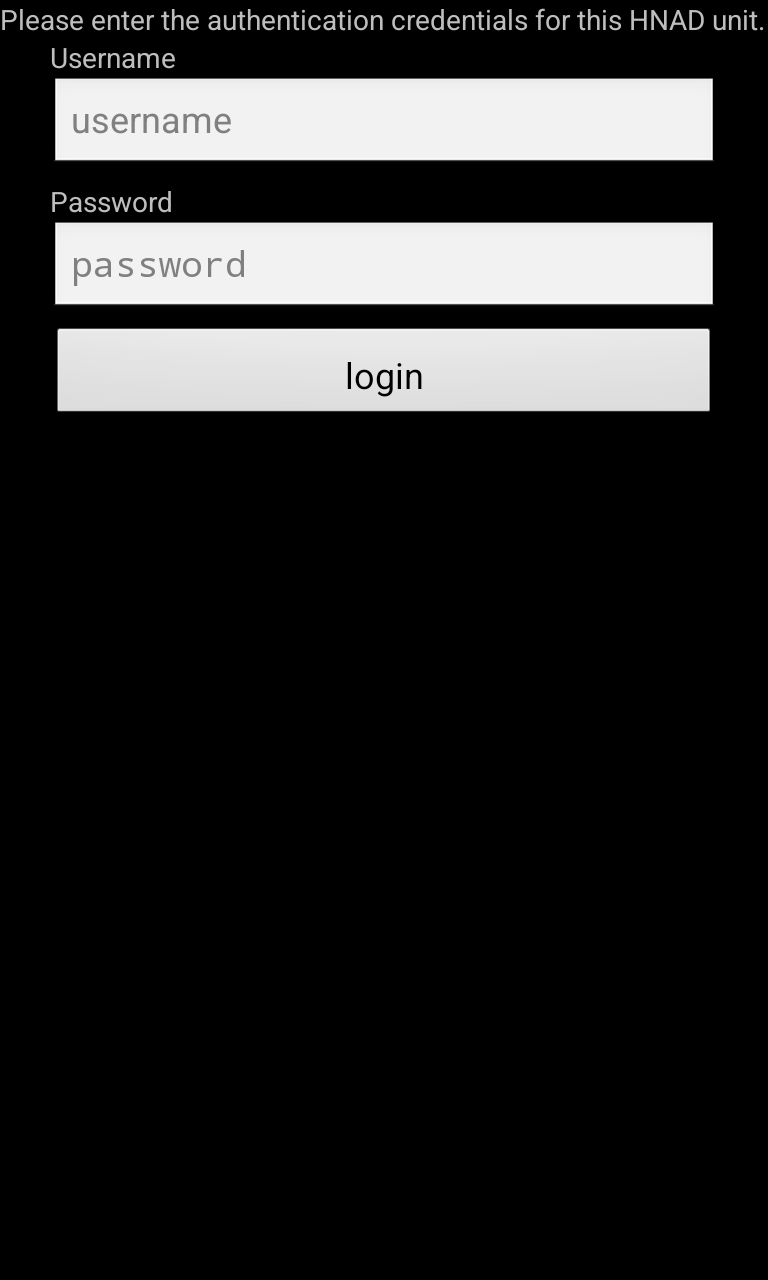
Repository: sergioenriquez/CSTE
Layout: HNAD/res/layout/login.xml
An editor plug-in stored every save of this project. The layout is shown before and after the next save, followed by the edit.
It is drawn on a 768 x 1280 px phone screen (xhdpi) without system bars, with theme android:Theme.NoTitleBar; the app's code is not run.

Above is the layout before, as saved 2011-12-18 03:15:56.

After the next save:
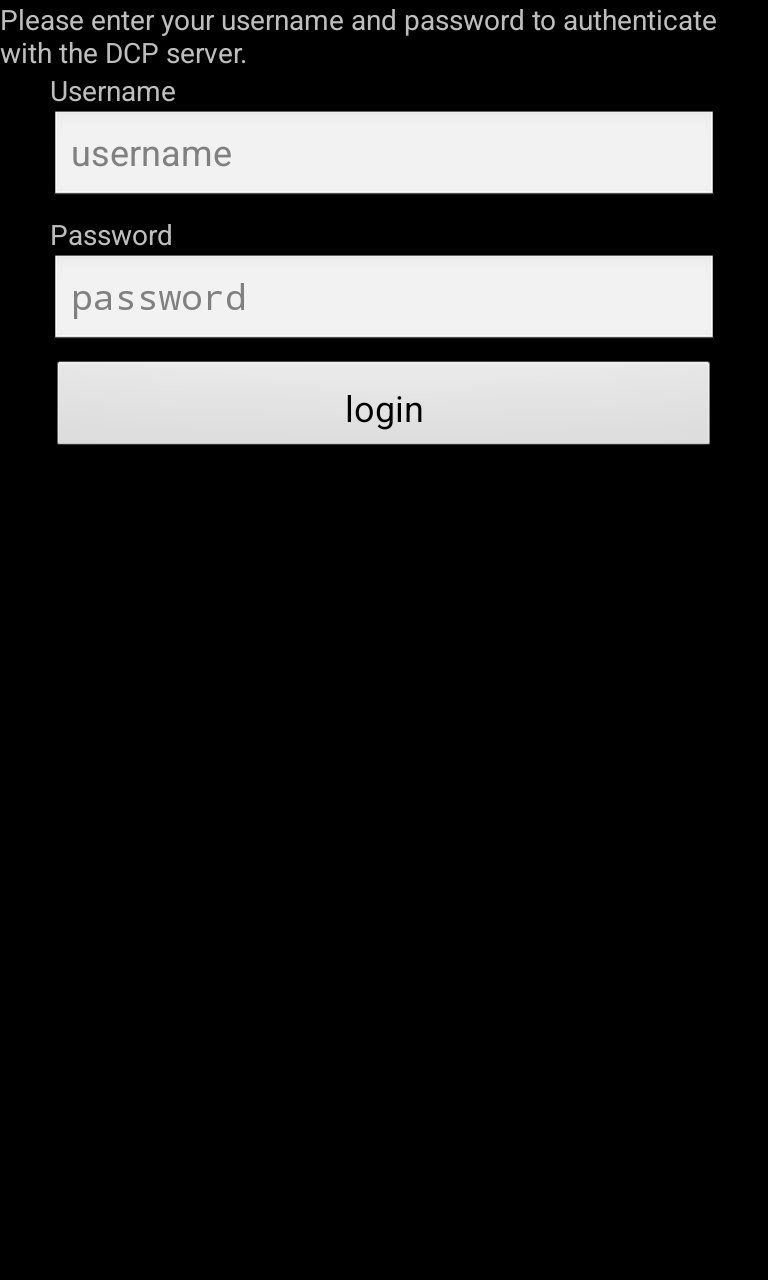
Saved 39 s later.
--- a/HNAD/res/layout/login.xml
+++ b/HNAD/res/layout/login.xml
@@ -7,7 +7,7 @@
     <TextView
 	    android:layout_width="fill_parent"
 	    android:layout_height="wrap_content"
-	    android:text="Please enter the authentication credentials for this HNAD unit." />
+	    android:text="Please enter your username and password to authenticate with the DCP server." />
 	<TextView
 	    android:layout_width="fill_parent"
 	    android:layout_height="wrap_content"
